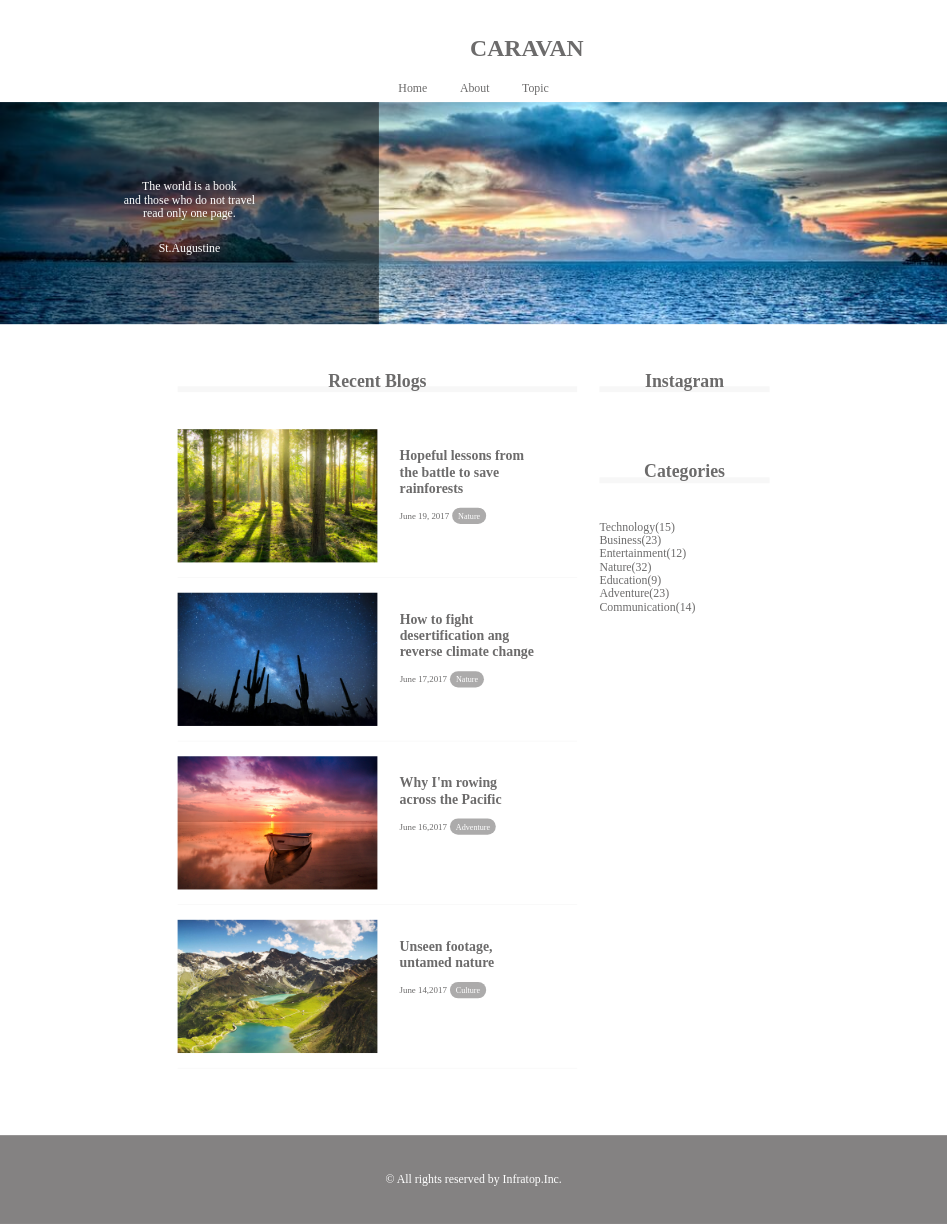
Repository: takanauti/task
Page: caravan/index.html
The author's editor kept a record of every edit. The page is drawn from the files as they stood at one moment, then again after the next edit.
The browser window is 1280 px wide. The pictures show the whole page, at 74% of full size.

Above is the page before.

After the next edit:
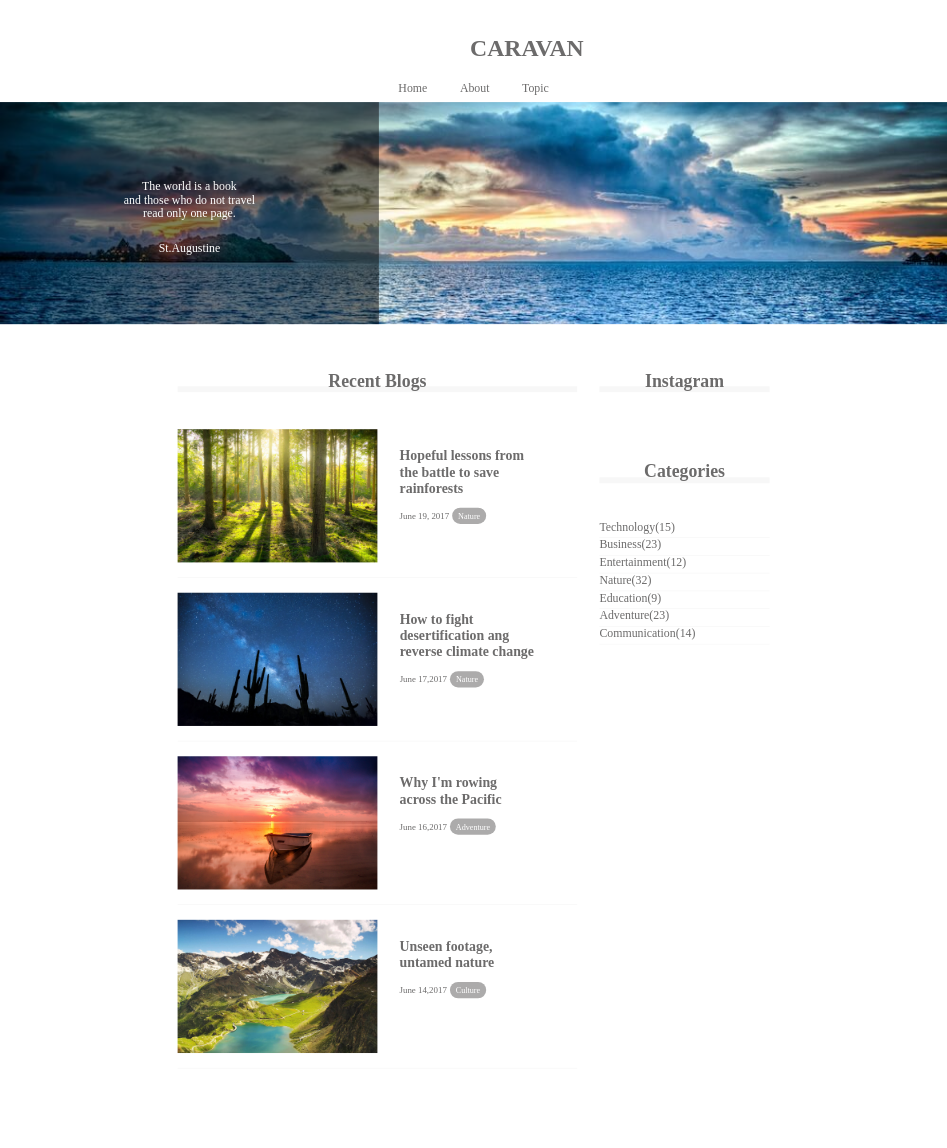
The edit:
--- a/caravan/style.css
+++ b/caravan/style.css
@@ -130,6 +130,14 @@
   padding: 50px 0;
 }
 
+.popular-text,
+.categories-text{
+ padding-bottom: 5px;
+ border-bottom: 1px solid #f7f7f7;
+ maegin-bottom:5px;
+}
+
+.popular-text:last-child
 footer {
   width: 100%;
   height: 120px;
